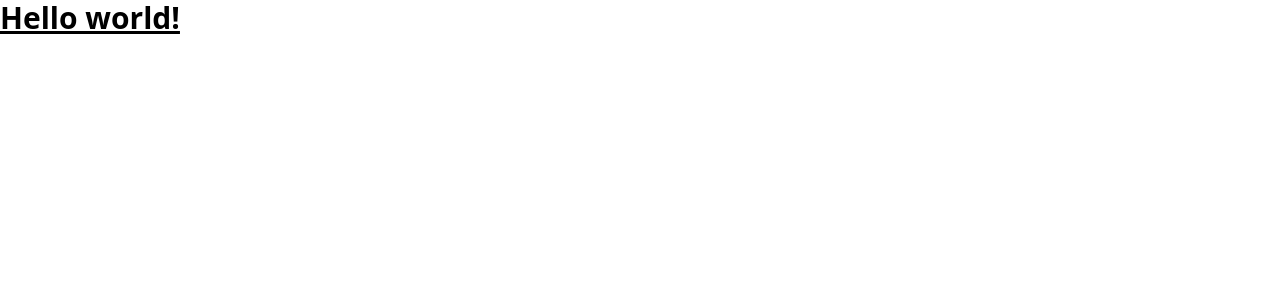
Repository: Yh010/dukaanDashboard
Page: /
An editor plug-in stored every save of this project. The page is shown before and after the next save, followed by the edit.
The browser window is 1280 px wide. The pictures show the whole page.
The project was rebuilt for these pictures with package versions that can differ from the ones it lists, and the page was loaded fresh each time. Also part of the build but not shown: vite.config.js, src/App.css.

Above is the page before, as saved 2024-01-21 11:02:19.

After the next save:
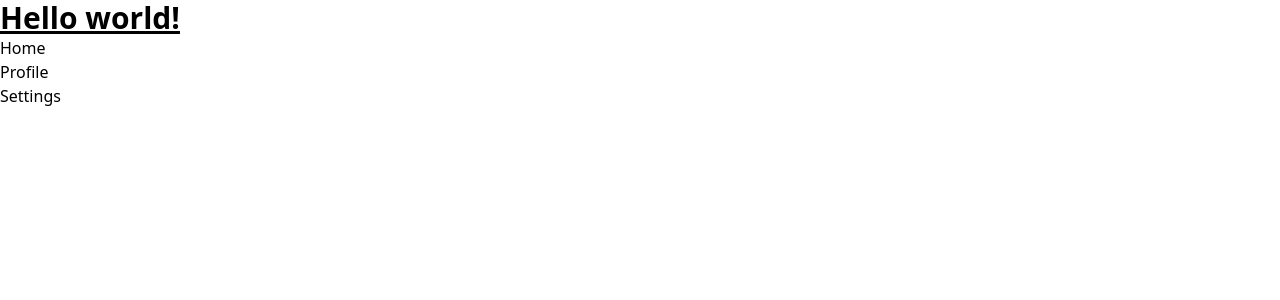
Saved 35 s later.
--- a/src/App.jsx
+++ b/src/App.jsx
@@ -2,14 +2,19 @@
 /* import reactLogo from './assets/react.svg'
 import viteLogo from '/vite.svg' */
 import './App.css'
+import SideNavBar from './components/sidenavbar'
 
 function App() {
 /*   const [count, setCount] = useState(0) */
 
   return (
-    <h1 className="text-3xl font-bold underline">
-      Hello world!
-    </h1>
+    <div>
+        <h1 className="text-3xl font-bold underline">
+            Hello world!
+        </h1>
+        <SideNavBar/>
+    </div>
+
   )
 }
 
